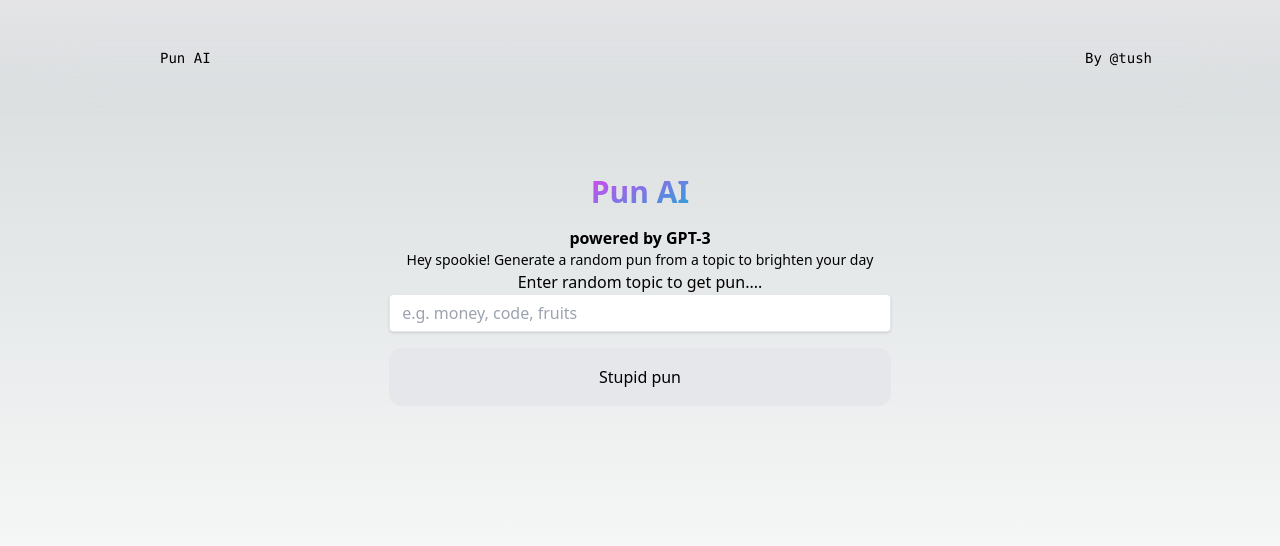
Repository: tushcmd/next-puns-ai
Page: /
These files come from the project's save history. The page is drawn as it stood at one moment and after the next save; the edit follows.
The browser window is 1280 px wide. The pictures show the whole page.
The project was rebuilt for these pictures with package versions that can differ from the ones it lists, and the page was loaded fresh each time. The framework's server and built-in components were replaced by stand-ins that run in the browser. Also part of the build but not shown: next.config.mjs, app/components/Spinner.tsx.

Above is the page before, as saved 2024-03-07 22:18:37.

### app/layout.tsx
import type { Metadata } from "next";
import { Inter } from "next/font/google";
import "./globals.css";

const inter = Inter({ subsets: ["latin"] });

export const metadata: Metadata = {
  title: "Create Next App",
  description: "Generated by create next app",
};

export default function RootLayout({
  children,
}: Readonly<{
  children: React.ReactNode;
}>) {
  return (
    <html lang="en">
      <body className={`{inter.className} w-full overflo-y-visible overflow-x-hidden`}>{children}</body>
    </html>
  );
}

### app/page.tsx
import Header from "./components/header";
import Hero from "./components/hero";



export default function Home() {

  return (
    <main className="flex min-h-screen flex-col items-center">
      <Header />
      <Hero />

    </main>
  );
}



 {/* async function handleSubmit(e: FormEvent:<HTMLFormElement>) {
    return ;
  }    */}

{/*Nav*/}
{/*
      <div className="z-10 max-w-5xl w-full items-center justify-between font-mono text-sm lg:flex">
        <p className="fixed left-0 top-0 flex w-full justify-center border-b border-gray-300 bg-gradient-to-b from-zinc-200 py-2 backdrop-blur-2xl dark:border-neutral-800 dark:bg-zinc-800/30 dark:from-inherit lg:static lg:w-auto  lg:rounded-xl lg:border lg:bg-gray-200 lg:p-0 lg:dark:bg-zinc-800/30">
          Pun AI
        </p>

        <div className="fixed bottom-0 left-0 flex h-48 w-full items-end justify-center bg-gradient-to-t from-white via-white dark:from-black dark:via-black lg:static lg:h-auto lg:w-auto lg:bg-none">
          {/*<div>
            Dak
       </div>
          <a
            className="pointer-events-none flex place-items-center gap-2 p-8 lg:pointer-events-auto lg:p-0"
            href="https://tushdev.co/"
            target="_blank"
            rel="noopener noreferrer"
          >
            By{" "}
            <p>@tush</p>
          </a>
        </div>
      </div>

      <div className="relative flex flex-col place-items-center before:absolute before:h-[300px] before:w-full sm:before:w-[480px] before:-translate-x-1/2 before:rounded-full before:bg-gradient-radial before:from-white before:to-transparent before:blur-2xl before:content-[''] after:absolute after:-z-20 after:h-[180px] after:w-full sm:after:w-[240px] after:translate-x-1/3 after:bg-gradient-conic after:from-sky-200 after:via-blue-200 after:blur-2xl after:content-[''] before:dark:bg-gradient-to-br before:dark:from-transparent before:dark:to-blue-700 before:dark:opacity-10 after:dark:from-sky-900 after:dark:via-[#0141ff] after:dark:opacity-40 before:lg:h-[360px] z-[-1]">
        <p className="p-4 lg:pb-8 text-xl">
          Generate a random pun from a topic to brighten your day <br /> with Pun AI
        </p>
        <svg
          xmlns="http://www.w3.org/2000/svg"
          width="156"
          height="156"
          viewBox="0 0 24 24"
          fill="none"
          stroke="#FFFFFF"
          stroke-width="2"
          stroke-linecap="round"
          stroke-linejoin="round"
          className="lucide lucide-smile"><circle cx="12" cy="12" r="10" /><path d="M8 14s1.5 2 4 2 4-2 4-2" /><line x1="9" x2="9.01" y1="9" y2="9" /><line x1="15" x2="15.01" y1="9" y2="9"
          />
        </svg>
      </div>

      <form className="flex flex-col justify-between mb-32 text-center lg:max-w-3xl lg:w-full lg:mb-0 lg:grid-cols-4">
        <div className='w-full mb-4'>
          <label className="block items-center justify-center mb-4" htmlFor="prompt-input">
            Enter random topic to get pun...
          </label>
          <input
            className="shadow appearance-none border rounded w-full py-2 px-3 text-gray-700 leading-tight focus:outline-none focus:shadow-outline"
            id="prompt-input"
            type="text"
            placeholder="e.g. money, code, fruits">
          </input>
        </div>
        <button
          type="submit"
          className="bg-blue-500 hover:bg-blue-700 text-white font-bold py-2 px-4 rounded focus:outline-none focus:shadow-outline"
        >
          Generate Pun
        </button>
      </form> */}

### app/globals.css
@tailwind base;
@tailwind components;
@tailwind utilities;

:root {
  --foreground-rgb: 0, 0, 0;
  --background-start-rgb: 214, 219, 220;
  --background-end-rgb: 255, 255, 255;
}

* {
  scroll-behavior: smooth;
}

@media (prefers-color-scheme: dark) {
  :root {
    --foreground-rgb: 255, 255, 255;
    --background-start-rgb: 0, 0, 0;
    --background-end-rgb: 0, 0, 0;
  }
}

body {
  color: rgb(var(--foreground-rgb));
  background: linear-gradient(
      to bottom,
      transparent,
      rgb(var(--background-end-rgb))
    )
    rgb(var(--background-start-rgb));
}

@layer utilities {
  .text-balance {
    text-wrap: balance;
  }
}

### app/components/header.tsx
import Link from "next/link";

export default function Header() {
    return (
        <header className="fixed flex justify-center items-center w-full z-50 t-0 bg-gradient-to-b from-zinc-200 md:pb-6 md:pt-6 backdrop-blur-2xl dark:bg-zinc-800/30 dark:from-inherit">
            <div className="flex flex-row items-center w-full py-6 md:max-w-5xl justify-between font-mono text-sm">
                <Link
                    className="px-8"
                    href='/'
                >
                    Pun AI
                </Link>

                <Link
                    className="pointer-events-none flex place-items-center gap-2 px-8 lg:pointer-events-auto lg:p-0"
                    href="https://tushdev.co/"
                    target="_blank"
                    rel="noopener noreferrer"
                >
                    By{" "}
                    <p>@tush</p>
                </Link>
            </div>
        </header>


    );
}


{/*<header className = 'fixed flex justify-center items-center w-full z-50 t-0 border-gray-300 bg-gradient-to-b from-zinc-200 pb-6 pt-8 backdrop-blur-2xl dark:border-neutral-800 dark:bg-zinc-800/30 dark:from-inherit lg:static  lg:rounded-xl lg:border lg:bg-gray-200 lg:p-4 lg:dark:bg-zinc-800/30'>
            <div className="flex items-start md:max-w-5xl py-3 w-auto md:px-5 px-5 justify-start font-mono text-sm">
                <Link href='/' className=''> Pun AI</Link>
            </div>
        </header> */}

{/*} <div className="flex flex-row z-10 max-w-5xl w-full items-center justify-between font-mono text-sm">
            <p className="fixed left-0 top-0 flex items-start border-b border-gray-300 bg-gradient-to-b from-zinc-200 pb-6 pt-8 backdrop-blur-2xl dark:border-neutral-800 dark:bg-zinc-800/30 dark:from-inherit lg:static w-auto  lg:rounded-xl lg:border lg:bg-gray-200 lg:p-4 lg:dark:bg-zinc-800/30">
                Pun AI
            </p>
            <p>h2</p>
        </div> */}

### app/components/hero.tsx
'use client'

import { useState, FormEvent } from "react";
import Image from "next/image";
import Spinner from "./Spinner";




export default function Hero() {

    const [pun, setPun] = useState("");
    const [punLoading, setPunLoading] = useState(false);
    const [punLoadingError, setPunLoadingError] = useState(false);

    async function handleSubmit(e: FormEvent<HTMLFormElement>) {
        e.preventDefault();
        const formData = new FormData(e.target as HTMLFormElement);
        const prompt = formData.get("prompt")?.toString().trim();

        if (prompt) {
        try {
            setPun("");
            setPunLoadingError(false);
            setPunLoading(true);

            const response = await fetch("/api/cringe?prompt=" + encodeURIComponent(prompt));
            const body = await response.json();
            setPun(body.pun);
        } catch (error) {
            console.error(error);
            setPunLoadingError(true);
        } finally {
            setPunLoading(false);
        }
        }
    }



    return (
        <div className="flex flex-col relative justify-center items-center h-screen md:py-16 py-6 overflow-wrap">
            <p className="text-3xl font-bold pb-4 bg-gradient-to-br from-fuchsia-500 to-cyan-500 bg-clip-text text-transparent">Pun AI</p>
            <p className="text-base font-bold">powered by GPT-3</p>
            <div className="text-sm ">Hey spookie! Generate a random pun from a topic to brighten your day</div>
            <div className='mx-[2rem] relative w-full flex items-center'>
                <Image
                    src={'/public/assets/OIP-crackmeup.jpg'}
                    fill
                    alt='Crack me up'
                    priority
                    className='object-cover rounded-3xl'
                    quality={75}
                    sizes="100vw"
                />
            </div>
            <form onSubmit={handleSubmit} className='flex flex-col justify-between mb-32 text-center'>
                <div className='mb-4'>
                    <label
                        className="mb-4"
                    >
                        Enter random topic to get pun....
                    </label>
                    <input
                        className="shadow appearance-none border rounded w-full py-2 px-3 text-gray-700 leading-tight focus:outline-none focus:shadow-outline"
                        id="prompt-input"
                        type="text"
                        placeholder="e.g. money, code, fruits">
                    </input>
                </div>
                <button type='submit' className='mb-3 border static rounded-xl bg-gray-200 p-4 dark:bg-zinc-800/30' disabled={punLoading}>
                    Stupid pun
                </button>
            </form>

            {punLoading && <Spinner />}
            {punLoadingError && "Something went wrong. Please try again."}
            {pun && <h5>{pun}</h5>}
        </div>
    )
}

### tailwind.config.ts
import type { Config } from "tailwindcss";

const config: Config = {
  content: [
    "./pages/**/*.{js,ts,jsx,tsx,mdx}",
    "./components/**/*.{js,ts,jsx,tsx,mdx}",
    "./app/**/*.{js,ts,jsx,tsx,mdx}",
  ],
  theme: {
    extend: {
      backgroundImage: {
        "gradient-radial": "radial-gradient(var(--tw-gradient-stops))",
        "gradient-conic":
          "conic-gradient(from 180deg at 50% 50%, var(--tw-gradient-stops))",
      },
      screens: {
        sm: '480px',
        md: '768px',
        lg: '976px',
        xl: '1440px',
      },
    },
  },
  plugins: [],
};
export default config;

After the next save:
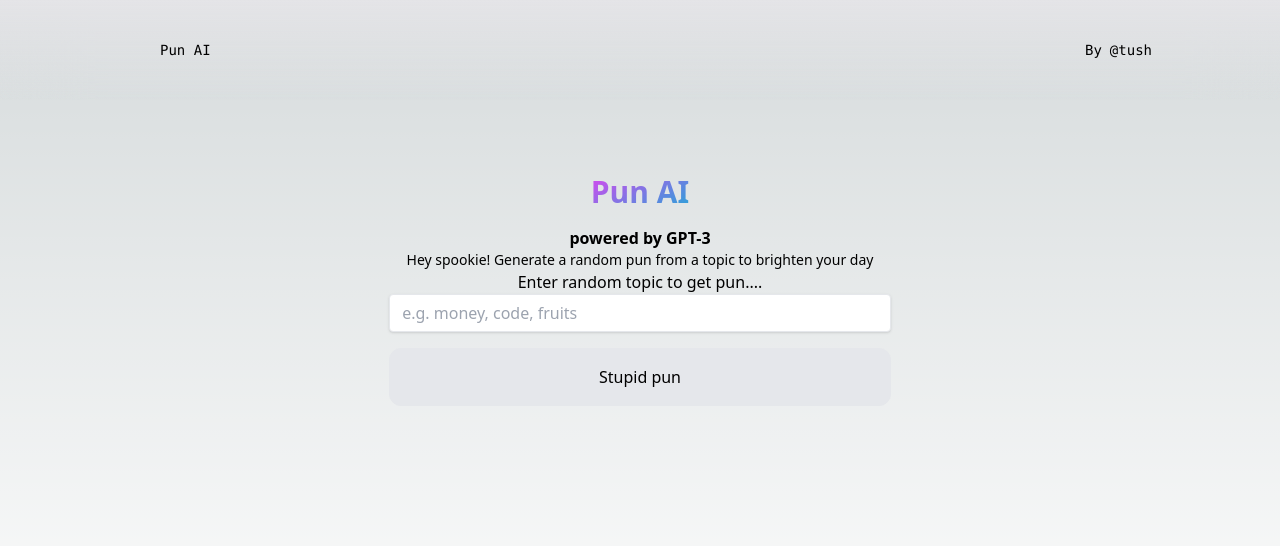
Saved 56 s later.
--- a/app/components/header.tsx
+++ b/app/components/header.tsx
@@ -2,7 +2,7 @@
 
 export default function Header() {
     return (
-        <header className="fixed flex justify-center items-center w-full z-50 t-0 bg-gradient-to-b from-zinc-200 md:pb-6 md:pt-6 backdrop-blur-2xl dark:bg-zinc-800/30 dark:from-inherit">
+        <header className="fixed flex justify-center items-center w-full z-50 t-0 bg-gradient-to-b from-zinc-200 md:pb-4 md:pt-4 backdrop-blur-2xl dark:bg-zinc-800/30 dark:from-inherit">
             <div className="flex flex-row items-center w-full py-6 md:max-w-5xl justify-between font-mono text-sm">
                 <Link
                     className="px-8"
